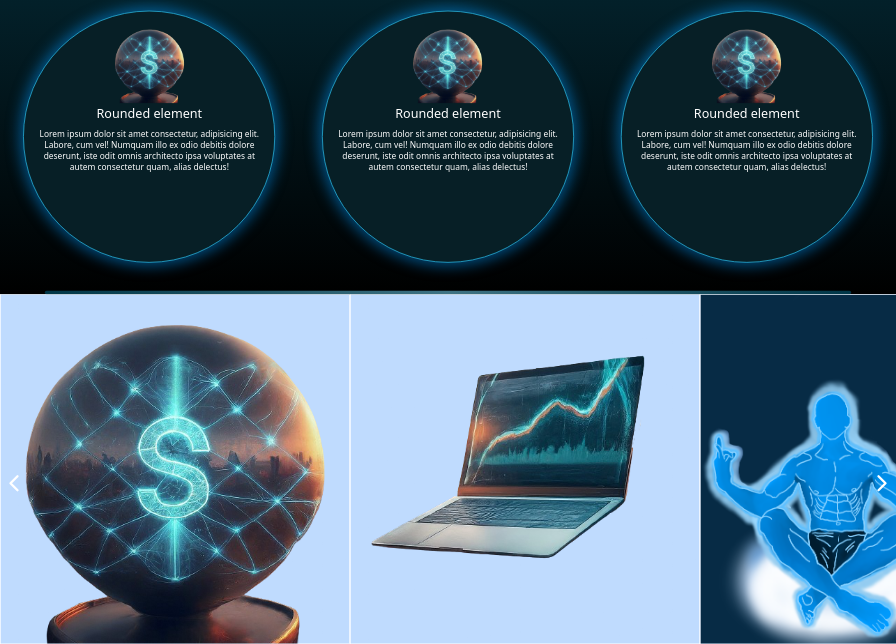
Repository: TMuse333/q3-desings2
Page: /
The author's editor kept a copy of each file at every save. The page is drawn from the files as they stood at one save, then again after the next save.
The browser window is 1280 px wide. The pictures show the part of the page from y = 2046 to 3966 px (the page is 2966 px tall before and 3966 px after), at 70% of full size.
The project was rebuilt for these pictures with package versions that can differ from the ones it lists, and the page was loaded fresh each time. Also part of the build but not shown: vite.config.ts.

Above is the page before, as saved 2024-05-11 14:06:44.

After the next save:
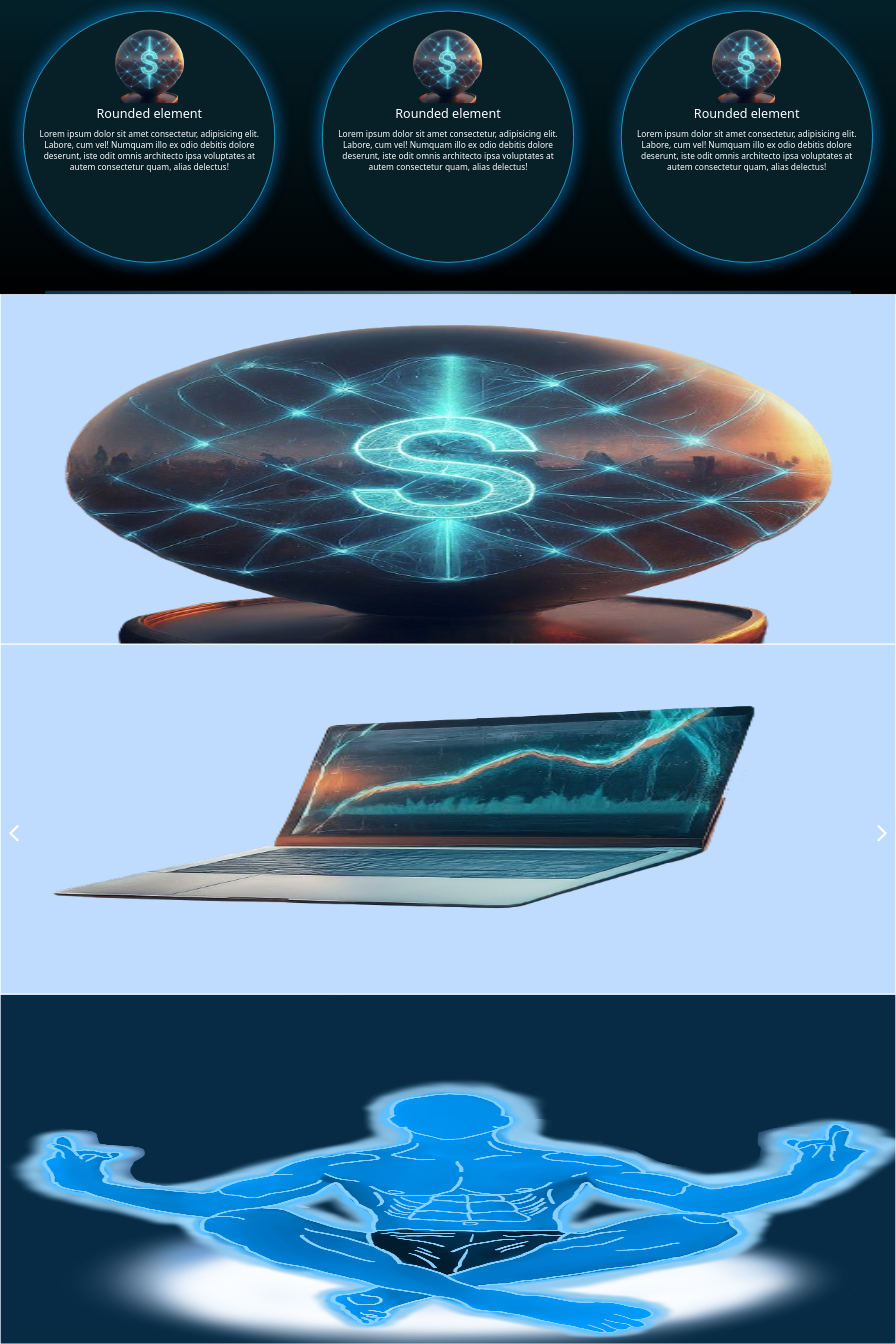
Saved 10 s later.
--- a/src/components/carousel/carousel.tsx
+++ b/src/components/carousel/carousel.tsx
@@ -27,7 +27,7 @@
 
         <section className='overflow-hidden relative    '>
 
-            <div className='flex  relative '
+            <div className='flex flex-col relative '
              >
                 {images.map((image,index) => (
                     <img src={image}

After the save that followed:
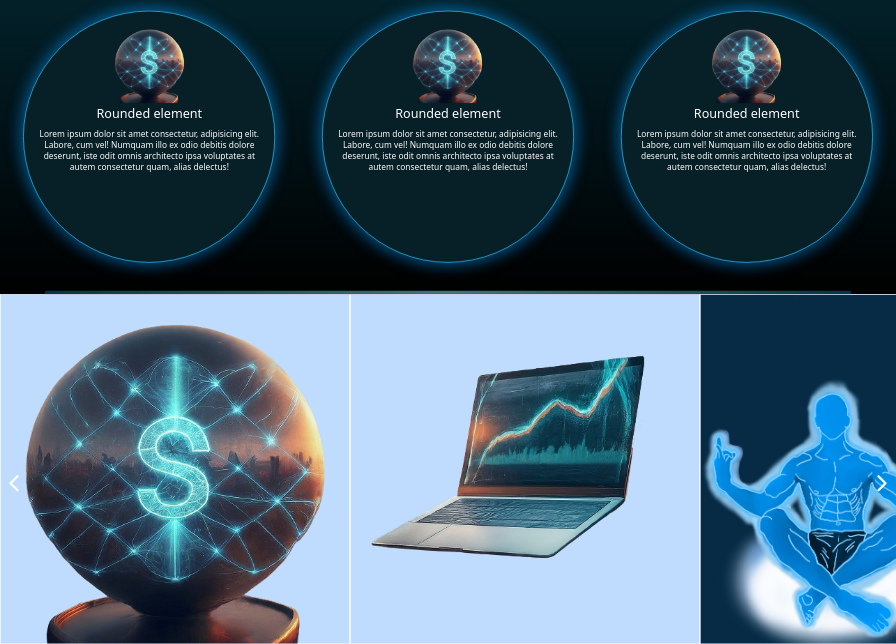
Saved 6 s later.
--- a/src/components/carousel/carousel.tsx
+++ b/src/components/carousel/carousel.tsx
@@ -27,7 +27,7 @@
 
         <section className='overflow-hidden relative    '>
 
-            <div className='flex flex-col relative '
+            <div className='flex  relative '
              >
                 {images.map((image,index) => (
                     <img src={image}
